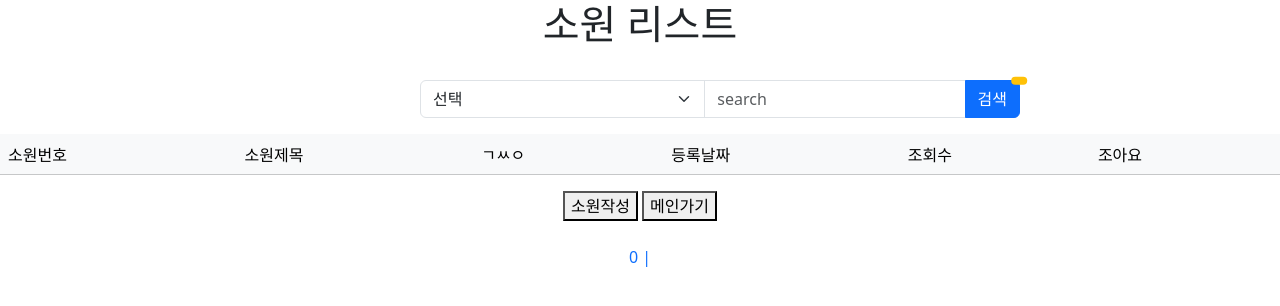
Repository: sujeong1799/JSP
Page: http://localhost/java_study/board/list.jsp
An editor plug-in stored every save of this project. The page is shown before and after the next save, followed by the edit.
The browser window is 1280 px wide. The pictures show the whole page.
The page is served by Tomcat 9. Other server files are loaded and not shown. The template is opened directly, without the code that normally fills it, so the values that code supplies are empty.

Above is the page before, as saved 2023-05-24 07:48:56.

### jsp_project4-1_과제/java_study/src/main/webapp/board/list.jsp
<%@ page language="java" contentType="text/html; charset=UTF-8"
	pageEncoding="UTF-8"%>
<%@ taglib prefix="c" uri="http://java.sun.com/jsp/jstl/core"%>
<link
	href="https://cdn.jsdelivr.net/npm/bootstrap@5.3.0-alpha3/dist/css/bootstrap.min.css"
	rel="stylesheet"
	integrity="sha384-KK94CHFLLe+nY2dmCWGMq91rCGa5gtU4mk92HdvYe+M/SXH301p5ILy+dN9+nJOZ"
	crossorigin="anonymous">
<!DOCTYPE html>
<html>
<head>
<meta charset="UTF-8">
<title>소원리스트</title>
</head>
<body>
	<h1 align="center">소원 리스트</h1>
	<br>
	<!-- 검색라인 -->
	<div class="col-sm-12 col-md-6" style="margin-left: 400px" align="center">
		<form action="/brd/page" method="post">
			<div class="input-group mb-3" style="width: 600px">
				<!-- var이름은 마음대로 설정해도 됨 -->
				<c:set value="${pgh.pgvo.type }" var="typed"></c:set>
				<select name="type" class="form-select"
					aria-label="Default select example">
					<!-- selected : 현재 내가 선택한 값 -->
					<option ${typed == null ? 'selected' : '' }>선택</option>
					<option value="t" ${type eq 't' ? 'selected' :'' }>소원제목</option>
					<option value="w" ${type eq 'w' ? 'selected' :'' }>작성자</option>
					<option value="n" ${type eq 'n' ? 'selected' :'' }>소원번호</option>
					<option value="c" ${type eq 'c' ? 'selected' :'' }>소원내용</option>
				</select> <input class="form-control" type="text" name="keyword"
					placeholder="search"> <input type="hidden" name="pageNo"
					value="${pgh.pgvo.pageNo }"> <input type="hidden"
					name="qty" value="${pgh.pgvo.qty }">
				<button type="submit" class="btn btn-primary position-relative">
					검색 <span
						class="position-absolute top-0 start-100 translate-middle badge rounded-pill badge rounded-pill bg-warning">
						${pgh.totalCount } <span class="visually-hidden"></span>
					</span>
				</button>
			</div>
		</form>
	</div>
	<div  align="center">
		<table class="table table-hover">
			<thead class="table-light">
				<tr>
					<td>소원번호</td>
					<td>소원제목</td>
					<td>ㄱㅆㅇ</td>
					<td>등록날짜</td>
					<td>조회수</td>
					<td>조아요</td>
				</tr>
			</thead>
			<tbody>
				<c:forEach items="${list }" var="bvo">
					<tr>
						<td>${bvo.bno }</td>
						<td><a href="/brd/detail?bno=${bvo.bno }">${bvo.title }</a></td>
						<td>${bvo.writer}</td>
						<td>${bvo.reg_date }</td>
						<td>${bvo.read_count }</td>
						<td>${bvo.like_count }</td>
					</tr>
				</c:forEach>
			</tbody>
		</table>
	</div>
	<div align="center">
		<a href="/board/register.jsp"><button>소원작성</button></a> <a href="/"><button>메인가기</button></a>
	</div>
	<br>

	<!-- 페이지네이션위치 -->
	<!-- 컨트롤러에서 page 정보를 싣고 와야함 -->
	<!-- startPage부터 endPage까지 숫자 반복 forEach를 사용한다. -->
	<div align="center">
		<c:if test="${pgh.prev }">
			<a
				href="/brd/page?pageNo=${pgh.startPage-1 }&qty=${pgh.pgvo.qty}&type=${pgh.pgvo.type}&keyword=${pgh.pgvo.keyword}"
				style="text-decoration: none"> 이전 </a>
		</c:if>

		<c:forEach begin="${pgh.startPage }" end="${pgh.endPage }" var="i">
			<!-- 현재 페이지 넘버를 싣고 갈거임 -->
			<!-- pgh.pgvo.qty 이거는 변경가능함... -->
			<a
				href="/brd/page?pageNo=${i }&qty=${pgh.pgvo.qty}&type=${pgh.pgvo.type}&keyword=${pgh.pgvo.keyword}"
				style="text-decoration: none">${i } | </a>
		</c:forEach>

		<!-- 다음페이지 -->
		<c:if test="${pgh.next }">
			<a
				href="/brd/page?pageNo=${pgh.endPage+1 }&qty=${pgh.pgvo.qty}&type=${pgh.pgvo.type}&keyword=${pgh.pgvo.keyword}"
				style="text-decoration: none"> 다음 </a>
		</c:if>
	</div>


</body>
</html>

After the next save:
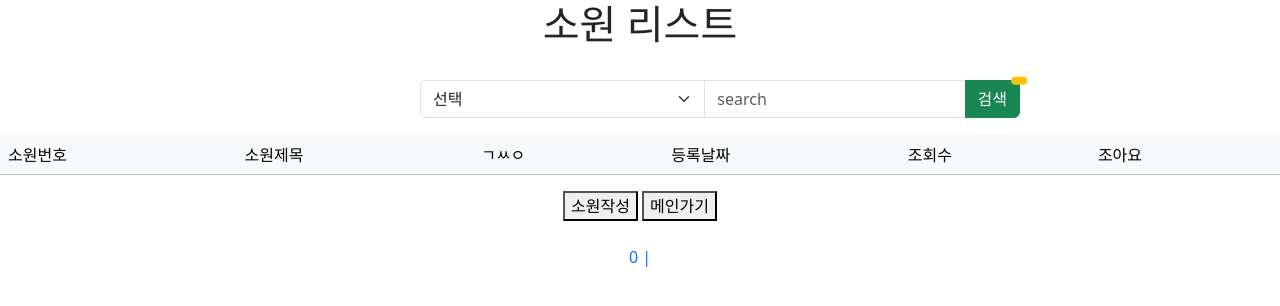
Saved 79 s later.
--- a/jsp_project4-1_과제/java_study/src/main/webapp/board/list.jsp
+++ b/jsp_project4-1_과제/java_study/src/main/webapp/board/list.jsp
@@ -33,7 +33,7 @@
 					placeholder="search"> <input type="hidden" name="pageNo"
 					value="${pgh.pgvo.pageNo }"> <input type="hidden"
 					name="qty" value="${pgh.pgvo.qty }">
-				<button type="submit" class="btn btn-primary position-relative">
+				<button type="submit" class="btn btn-success position-relative">
 					검색 <span
 						class="position-absolute top-0 start-100 translate-middle badge rounded-pill badge rounded-pill bg-warning">
 						${pgh.totalCount } <span class="visually-hidden"></span>
